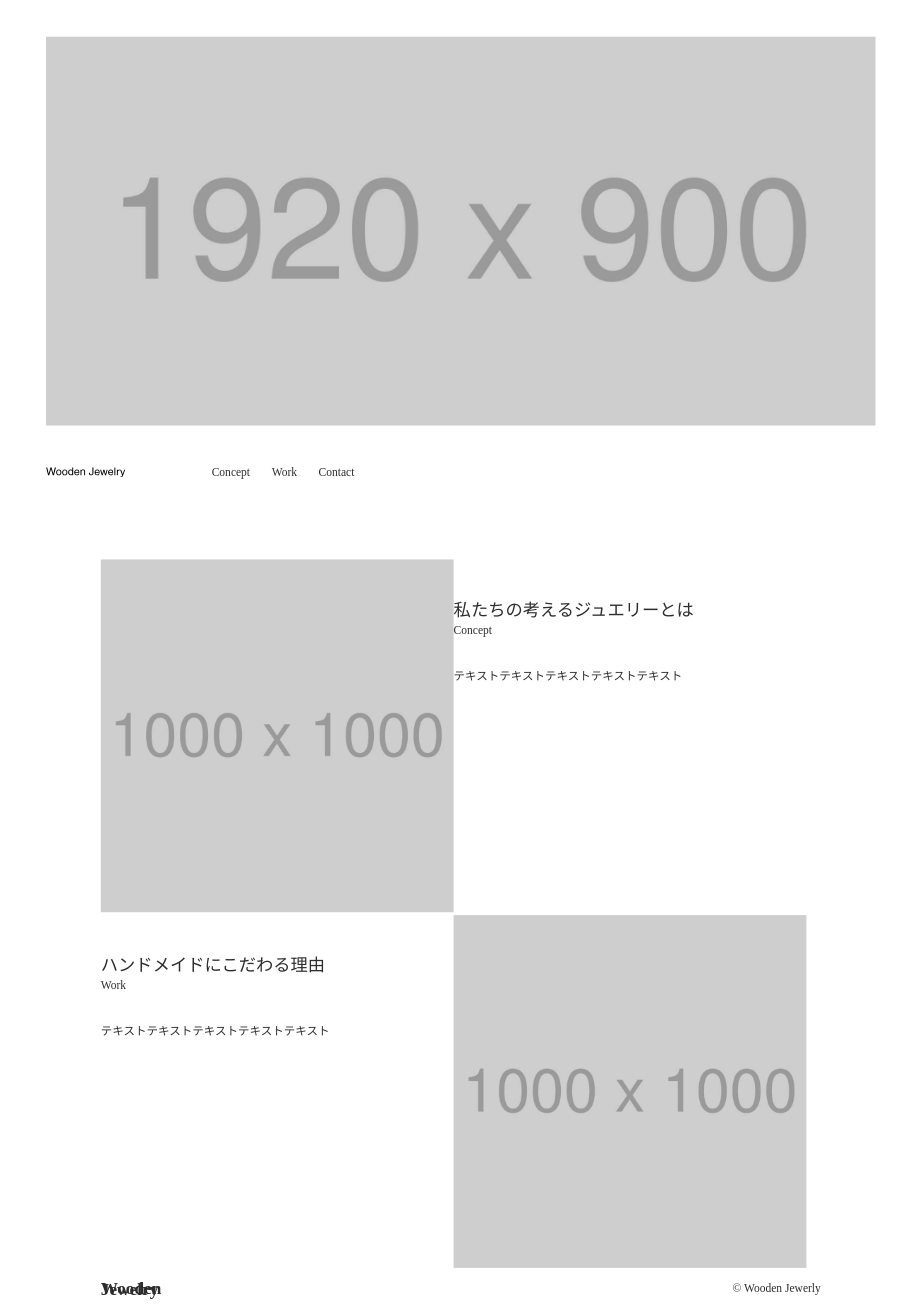
Repository: Fuki-san/jewelry
Page: http://localhost/jewelry
An editor plug-in stored every save of this project. The page is shown before and after a run of saves, followed by the edit.
The browser window is 1280 px wide. The pictures show the whole page, at 72% of full size.
The page is served by the project's Laravel application, run on PHP 8.4 with Laravel 10. Other server files are loaded and not shown.

Above is the page before, as saved 2023-11-26 14:57:53.

### routes/web.php
<?php

use Illuminate\Support\Facades\Route;

/*
|--------------------------------------------------------------------------
| Web Routes
|--------------------------------------------------------------------------
|
| Here is where you can register web routes for your application. These
| routes are loaded by the RouteServiceProvider and all of them will
| be assigned to the "web" middleware group. Make something great!
|
*/

Route::get('/', function () {
    return view('welcome');
});

Route::get('jewelry', function () {
    return view('jewelry');
});

### resources/views/jewelry.blade.php
@extends('layouts.main')

@section('title', 'jewelry')

@section('content')
    <div id="mainvisual">
        <img src="img/mainvisual.jpg">
    </div>
    <header id="header">
        <h1 class="site-title"><a href="#"><img src="img/logo.svg"></a></h1>
        <nav>
            <ul>
                <li><a href="#concept">Concept</a></li>
                <li><a href="#work">Work</a></li>
                <li><a href="mailto:xxx@xxx.xxx?subject=お問い合わせ">Contact</a></li>
            </ul>
        </nav>
    </header>

    <div class="container">
        <main>
            <section id="concept" class="content">
                <div class="img">
                    <img src="img/concept.jpg">
                </div>
                <div class="text">
                    <h2 class="section-title">私たちの考えるジュエリーとは</h2>
                    <span class="section-title-en">Concept</span>
                    <p>テキストテキストテキストテキストテキスト</p>
                </div>
            </section>

            <section id="work" class="content">
                <div class="text">
                    <h2 class="section-title">ハンドメイドにこだわる理由</h2>
                    <span class="section-title-en">Work</span>
                    <p>テキストテキストテキストテキストテキスト</p>
                </div>
                <div class="img">
                    <img src="img/work.jpg">
                </div>
            </section>
        </main>

        <footer id="footer">
            <h2 class="site-title">Wooden Jewelry</h2>
            <p class="copyright">&copy; Wooden Jewerly</p>
        </footer>
    </div>

@endsection

### resources/views/layouts/main.blade.php
<!DOCTYPE html>
<html lang="ja">
<head>
    <meta charset="UTF-8">
    <meta name="viewport" content="width=device-width, initial-scale=1.0">
    <meta http-equiv="X-UA-Compatible" content="ie=edge">
    <link rel="stylesheet" href="{{ asset('css/reset.css') }}">
    <link rel="stylesheet" href="{{ asset('css/style.css') }}">
    <link rel="icon" href="img/favicon.ico">
    <title>@yield('title')</title>
</head>
<body>
    @yield('content')
</body>
</html>

### public/css/style.css
@charset "utf-8";

html{
    font-size: 100%;
}
body{
    font-family: 'Crimson Text', serif;
    color: #2d2d2d;
}
ul{
    list-style: none;
}
a{
    text-decoration: none;
    color:#2d2d2d;
}

img{
    max-width: 100%;
    /* img親のdivのコンテンツラインと子のimgコンテンツラインの下端だけ少し隙間がある。
    その理由は、画像の横にテキストが入力された場合にデフォルトで定まっているvertical-align baseline
    が適応され、英文字のbaseline的に多少の文字の一部が下に出てしまうからであり、今回は文字もかかず、
    子imgと親divの下端の隙間はいらないため、vertical-align bottomで隙間を除去する。
    baselineとbottomの差は微小なので分かりずらいが、例えばgのbaselineはgフォントの下のクルンって
    なっているところの途中で baselineがくるが、bottomならほんとに一番下のクルンのところでくる
    隙間があるかどうかは親divのbackgroundcolorを設定すると分かりやすい */
    vertical-align: buttom;
}

.container{
    margin: 0 auto;
    max-width: 1000px;
    padding: 0 18px;
}

.site-title{
    width: 110px;
    line-height: 1px;
    margin-right: 50px;
}
.site-title a{
    display: block;
}
.section-title{
    font-size: 1.5rem;
    font-weight: normal;
    margin-bottom: 4px;
}

.section-title-en{
    display: inline-block;
    /* スパンタグでもmarginbottom使えるようにするため */
    margin-bottom: 25px;
}

#mainvisual{
    margin: 4% auto 0 auto;
    width: 90vw;
}

#header{
    width: 90vw;
    display: flex;
    align-items: center;
    padding: 32px 0;
    margin: 0 auto 30px auto;
}

#header ul{
    display: flex;
}
#header li{
    margin-left: 30px;
}




.content{
    display: flex;
}
.img{
    width: 49%;
}
.text{
    width: 49%;
}





.container{
    padding-top: 30px;
}
.text{
    padding: 30px 0;
}


#footer {
    display: flex;
    justify-content: space-between;
    align-items: center;
}

### public/img/logo.svg
<?xml version="1.0" encoding="utf-8"?>
<!-- Generator: Adobe Illustrator 15.1.0, SVG Export Plug-In . SVG Version: 6.00 Build 0)  -->
<!DOCTYPE svg PUBLIC "-//W3C//DTD SVG 1.1//EN" "http://www.w3.org/Graphics/SVG/1.1/DTD/svg11.dtd">
<svg version="1.1" id="レイヤー_1" xmlns="http://www.w3.org/2000/svg" xmlns:xlink="http://www.w3.org/1999/xlink" x="0px"
	 y="0px" width="1000px" height="140px" viewBox="0 0 1000 140" enable-background="new 0 0 1000 140" xml:space="preserve">
<g>
	<path d="M39.405,111.195H25.498L0,13.294h14.317l18.271,79.63h0.273l21.952-79.63h14.454l21.953,79.63h0.273l18.271-79.63h14.59
		l-25.771,97.901H84.674l-22.362-81.13H62.04L39.405,111.195z"/>
	<path d="M160.348,37.837c22.771,0,33.133,19.226,33.133,37.634c0,18.407-10.362,37.633-33.133,37.633
		c-22.771,0-33.134-19.226-33.134-37.633C127.214,57.063,137.577,37.837,160.348,37.837z M160.348,102.741
		c17.18,0,20.726-17.726,20.726-27.27c0-9.545-3.545-27.271-20.726-27.271c-17.181,0-20.725,17.726-20.725,27.271
		C139.623,85.015,143.167,102.741,160.348,102.741z"/>
	<path d="M236.16,37.837c22.771,0,33.133,19.226,33.133,37.634c0,18.407-10.362,37.633-33.133,37.633
		c-22.771,0-33.134-19.226-33.134-37.633C203.026,57.063,213.389,37.837,236.16,37.837z M236.16,102.741
		c17.18,0,20.726-17.726,20.726-27.27c0-9.545-3.545-27.271-20.726-27.271c-17.181,0-20.725,17.726-20.725,27.271
		C215.435,85.015,218.979,102.741,236.16,102.741z"/>
	<path d="M342.105,111.195h-11.318v-9.817h-0.272c-5.182,9.681-13.362,11.863-20.316,11.863c-24.271,0-31.361-22.771-31.361-39.815
		c0-20.044,10.772-35.588,29.724-35.588c12.954,0,18.408,8.045,21.271,12.136l0.273-0.955V13.294h12V111.195z M310.471,102.877
		c7.637,0,19.499-5.044,19.499-23.998c0-11.59-1.909-30.271-19.226-30.271c-18.544,0-19.499,17.59-19.499,26.725
		C291.245,91.015,297.381,102.877,310.471,102.877z"/>
	<path d="M419.28,88.833c-0.408,3.409-3.681,13.499-12.681,19.499c-3.272,2.181-7.908,4.909-19.362,4.909
		c-20.043,0-31.907-15.135-31.907-35.725c0-22.089,10.636-39.679,34.225-39.679c20.589,0,30.679,16.363,30.679,41.588h-52.086
		c0,14.862,6.954,23.452,20.726,23.452c11.317,0,17.998-8.727,18.408-14.044H419.28z M407.827,69.88
		c-0.682-11.044-5.317-21.271-19.907-21.271c-11.045,0-19.771,10.227-19.771,21.271H407.827z"/>
	<path d="M492.638,111.195h-11.999V67.29c0-12.408-3.545-18.681-15.271-18.681c-6.817,0-18.817,4.363-18.817,23.726v38.86h-11.998
		V39.882h11.317v10.09h0.273c2.59-3.818,9.271-12.136,21.543-12.136c11.044,0,24.952,4.5,24.952,24.816V111.195z"/>
	<path d="M554.132,79.697v6.818c0,11.726,5.591,15.953,14.727,15.953c12.271,0,15.68-7.363,15.68-16.908V13.294h13.227v71.449
		c0,22.907-14.999,29.043-28.225,29.043c-22.771,0-27.815-15.272-27.815-24.407v-9.681H554.132z"/>
	<path d="M676.985,88.833c-0.409,3.409-3.682,13.499-12.681,19.499c-3.272,2.181-7.908,4.909-19.362,4.909
		c-20.044,0-31.906-15.135-31.906-35.725c0-22.089,10.636-39.679,34.225-39.679c20.589,0,30.679,16.363,30.679,41.588h-52.086
		c0,14.862,6.954,23.452,20.726,23.452c11.317,0,17.998-8.727,18.407-14.044H676.985z M665.531,69.88
		c-0.681-11.044-5.316-21.271-19.906-21.271c-11.045,0-19.771,10.227-19.771,21.271H665.531z"/>
	<path d="M715.574,111.195h-12.407l-20.59-71.313h13.091l13.634,56.041h0.273l13.771-56.041h13.362l13.908,56.041h0.273
		l14.453-56.041h11.998l-20.725,71.313h-12.409l-14.453-55.223h-0.272L715.574,111.195z"/>
	<path d="M847.153,88.833c-0.409,3.409-3.682,13.499-12.681,19.499c-3.272,2.181-7.908,4.909-19.362,4.909
		c-20.044,0-31.906-15.135-31.906-35.725c0-22.089,10.635-39.679,34.225-39.679c20.589,0,30.679,16.363,30.679,41.588h-52.086
		c0,14.862,6.954,23.452,20.726,23.452c11.317,0,17.998-8.727,18.407-14.044H847.153z M835.699,69.88
		c-0.682-11.044-5.316-21.271-19.906-21.271c-11.045,0-19.771,10.227-19.771,21.271H835.699z"/>
	<path d="M874.695,111.195h-11.998V13.294h11.998V111.195z"/>
	<path d="M906.327,111.195h-11.999V39.882h11.318v11.863h0.271c4.772-8.318,11.045-13.909,20.045-13.909
		c1.499,0,2.181,0.137,3.135,0.409v12.408h-4.499c-11.182,0-18.271,8.727-18.271,19.09V111.195z"/>
	<path d="M986.774,39.882H1000c-8.317,23.316-16.499,46.633-25.634,69.949c-11.317,28.907-12.544,30.543-27.953,30.543
		c-1.772,0-3.135-0.545-5.044-1.091v-10.908c1.499,0.545,3.954,1.227,7.227,1.227c6.272,0,6.954-1.772,12.681-16.499l-26.453-73.221
		h13.636l18.953,58.086h0.273L986.774,39.882z"/>
</g>
</svg>

After the next 2 saves:
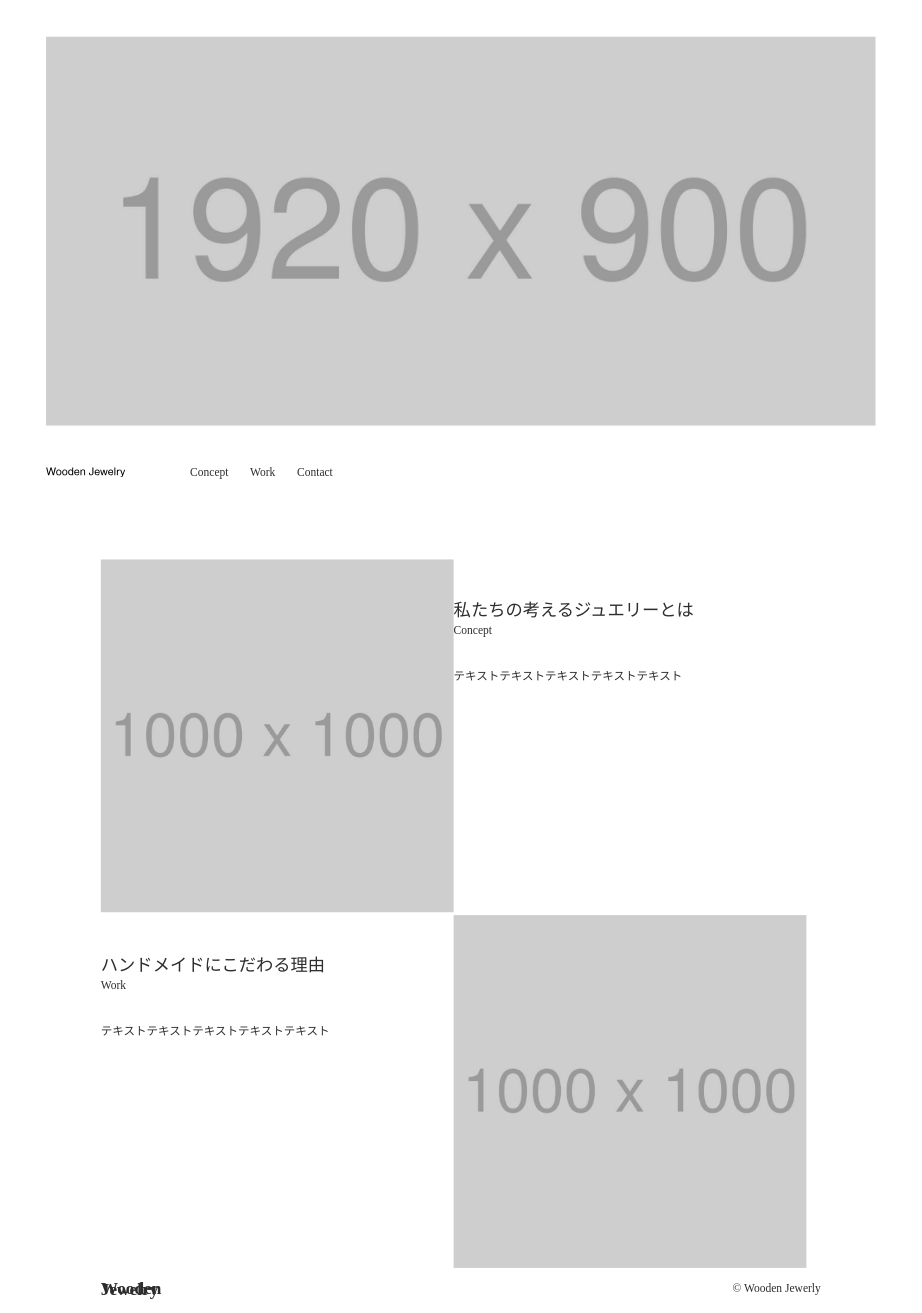
The 2 saves are shown as one change because they came seconds apart.
The last was saved 21 s later.
--- a/public/css/style.css
+++ b/public/css/style.css
@@ -70,7 +70,8 @@
     display: flex;
 }
 #header li{
-    margin-left: 30px;
+    margin-right: 30px;
+
 }
 
 
